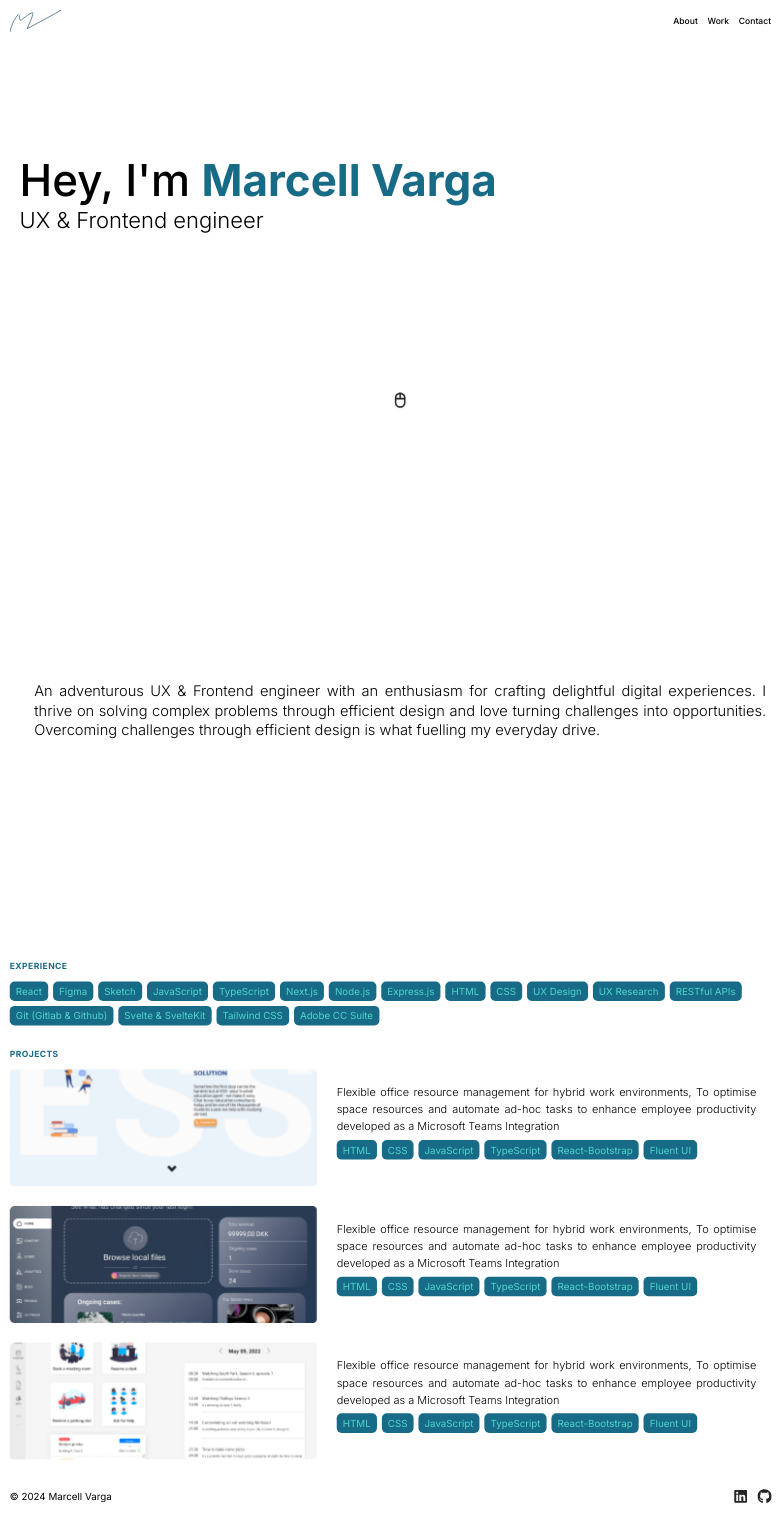
Repository: TheMarcellVarga/personal-portfolio-v.2
Page: /
The author's editor kept a copy of each file at every save. The page is drawn from the files as they stood at one save, then again after a run of saves.
The browser window is 1280 px wide. The pictures show the whole page, at 61% of full size.
The project was rebuilt for these pictures with package versions that can differ from the ones it lists, and the page was loaded fresh each time. The framework's server and built-in components were replaced by stand-ins that run in the browser. Also part of the build but not shown: next.config.mjs.

Above is the page before, as saved 2024-04-25 01:04:39.

### app/layout.tsx
import type { Metadata } from "next";
import { Inter } from "next/font/google";
import "./globals.css";

const inter = Inter({ subsets: ["latin"] });

export const metadata: Metadata = {
  title: {
    template: "%s | Marcell Varga",
    default: "Marcell Varga",
  },
  description: "Marcell Varga Portfolio | UX & Frontend Engineer",
};
export default function RootLayout({
  children,
}: Readonly<{
  children: React.ReactNode;
}>) {
  return (
    <html lang="en">
      <body className={inter.className}>{children}</body>
    </html>
  );
}

### app/page.tsx
"use client";

import { useState } from "react";
import Link from "next/link";
import Image from "next/image";
import IndexSigAnimated from "../public/icons/indexSigAnimated";

// Header component
const Header = () => {
  const [isOpen, setIsOpen] = useState(false);

  return (
    <header className="flex justify-between items-center w-full">
      <div className="flex items-center">
        {/* Icon */}
        <Link href="/">
          <IndexSigAnimated />
        </Link>
      </div>
      <nav className="flex items-center">
        {/* Hamburger Menu */}
        <div
          className={`md:hidden z-2 ${isOpen ? "open" : ""}`}
          onClick={() => setIsOpen(!isOpen)}
        >
          <div className="w-6 h-0.5 bg-gray-800 mb-1"></div>
          <div className="w-6 h-0.5 bg-gray-800 mb-1"></div>
          <div className="w-6 h-0.5 bg-gray-800"></div>
        </div>
        {/* Navigation Links */}
        <div className={`nav-overlay ${isOpen ? "open" : ""}`}>
          <div className={`${isOpen ? "block" : "hidden"} md:flex space-x-4`}>
            <Link href="/about">
              <div
                className="text-sm font-medium"
                style={{ color: isOpen ? "#eeeeee" : "inherit" }}
              >
                About
              </div>
            </Link>
            <Link href="/work">
              <div
                className="text-sm font-medium"
                style={{ color: isOpen ? "#eeeeee" : "inherit" }}
              >
                Work
              </div>
            </Link>
            <Link href="/contact">
              <div
                className="text-sm font-medium"
                style={{ color: isOpen ? "#eeeeee" : "inherit" }}
              >
                Contact
              </div>
            </Link>
          </div>
        </div>
        <div className={`${isOpen ? "hidden" : "block"}`}>
          <div className={`${isOpen ? "block" : "hidden"} md:flex space-x-4`}>
            <Link href="/about">
              <div
                className="text-sm font-medium"
                style={{ color: isOpen ? "#eeeeee" : "inherit" }}
              >
                About
              </div>
            </Link>
            <Link href="/work">
              <div
                className="text-sm font-medium"
                style={{ color: isOpen ? "#eeeeee" : "inherit" }}
              >
                Work
              </div>
            </Link>
            <Link href="/contact">
              <div
                className="text-sm font-medium"
                style={{ color: isOpen ? "#eeeeee" : "inherit" }}
              >
                Contact
              </div>
            </Link>
          </div>
        </div>
      </nav>
    </header>
  );
};

// Footer component
const Footer = () => {
  return (
    <div className="flex w-full flex-row justify-between items-center">
      <div className="flex w-full">© 2024 Marcell Varga</div>
      <div className="flex space-x-4">
        <Image
          src="/icons/linkedin.svg"
          alt="Linkedin Icon"
          width={24}
          height={24}
        />
        <Image
          src="/icons/github.svg"
          alt="GitHub Icon"
          width={24}
          height={24}
        />
      </div>
    </div>
  );
};

const projects = [
  {
    title:
      "Flexible office resource management for hybrid work environments, To optimise space resources and automate ad-hoc tasks to enhance employee productivity developed as a Microsoft Teams Integration",
    description: "",
    skills: [
      "HTML",
      "CSS",
      "JavaScript",
      "TypeScript",
      "React-Bootstrap",
      "Fluent UI",
    ],
    link: "/", // Example link to the project details page
    image: "/images/ess-index.png", // Add the path to the image
  },
  {
    title:
      "Flexible office resource management for hybrid work environments, To optimise space resources and automate ad-hoc tasks to enhance employee productivity developed as a Microsoft Teams Integration",
    description: "",
    skills: [
      "HTML",
      "CSS",
      "JavaScript",
      "TypeScript",
      "React-Bootstrap",
      "Fluent UI",
    ],
    link: "/", // Example link to the project details page
    image: "/images/catchscan-index.png", // Add the path to the image
  },
  {
    title:
      "Flexible office resource management for hybrid work environments, To optimise space resources and automate ad-hoc tasks to enhance employee productivity developed as a Microsoft Teams Integration",
    description: "",
    skills: [
      "HTML",
      "CSS",
      "JavaScript",
      "TypeScript",
      "React-Bootstrap",
      "Fluent UI",
    ],
    link: "/", // Example link to the project details page
    image: "/images/askcody-index.png", // Add the path to the image
  },
  // Add more projects here
];

export default function Page() {
  return (
    <div className="m-4">
      <Header />
      <main className="flex flex-col items-center justify-between h-screen m-4 gap-1 w-full">
        <div className="flex-grow pb-12 w-full flex flex-col items-center justify-center gap-">
          <div className="flex flex-row w-full text-7xl font-medium items-center justify-start">
            Hey, I'm&nbsp;
            <span className="text-custom-blue font-bold">Marcell Varga</span>
          </div>
          <div className="flex w-full text-4xl font-light items-center justify-start my-2">
            UX & Frontend engineer
          </div>
        </div>
        <div className="pb-32 flex flex-col items-center justify-start">
          <Image
            className="animate-moveDown"
            src="/icons/mouseScroll.svg"
            alt="Scroll your mouse down Icon"
            width={30}
            height={30}
          />
        </div>
      </main>
      {/* Drive Section */}
      <section className="flex flex-col items-center justify-between h-screen m-4 gap-1 w-full">
        <div className="flex w-full h-screen text-5xl font-medium items-center justify-start">
          <h2 className="text-2xl font-light text-justify m-6">
            An adventurous UX & Frontend engineer with an enthusiasm for
            crafting delightful digital experiences. I thrive on solving complex
            problems through efficient design and love turning challenges into
            opportunities. Overcoming challenges through efficient design is
            what fuelling my everyday drive.
          </h2>
        </div>
      </section>
      <section className="flex flex-col items-center justify-between my-4 gap-1 w-full">
        {/* New Experience Section */}
        <article className="mt-8 w-full">
          <h2 className="text-custom-blue text-sm font-bold mb-4 tracking-wider uppercase">
            Experience
          </h2>
          <div className="flex flex-wrap gap-2">
            {[
              "React",
              "Figma",
              "Sketch",
              "JavaScript",
              "TypeScript",
              "Next.js",
              "Node.js",
              "Express.js",
              "HTML",
              "CSS",
              "UX Design",
              "UX Research",
              "RESTful APIs",
              "Git (Gitlab & Github)",
              "Svelte & SvelteKit",
              "Tailwind CSS",
              "Adobe CC Suite",
            ].map((skill) => (
              <div
                key={skill}
                className="bg-custom-blue text-custom-teal px-2.5 py-1 rounded-lg"
              >
                {skill}
              </div>
            ))}
          </div>
        </article>
        <article className="my-8 w-full">
          <h2 className="text-custom-blue text-sm font-bold mb-4 tracking-wider uppercase">
            Projects
          </h2>
          <div className="flex flex-col gap-8">
            {projects.map((project) => (
              <div key={project.title} className="flex gap-2">
                <div className="w-full h-full relative rounded-lg overflow-hidden y-5">
                  <div className="bg-pink-100 h-48">
                    <Image
                      src={project.image} // Use the image path from the project object
                      alt={project.title} // Use the project title as the alt text
                      layout="fill" // Make the image fill its container
                      objectFit="cover" // Adjust the image's aspect ratio to cover the container
                    />
                  </div>
                </div>
                <div className="flex flex-col m-6 gap-2">
                  <Link
                    href={project.link}
                    className="text-lg font-light text-justify"
                  >
                    <div>{project.title}</div>
                    <div>{project.description}</div>
                  </Link>
                  <div className="flex flex-wrap gap-2">
                    {project.skills.map((skill) => (
                      <div
                        key={skill}
                        className="bg-custom-blue text-custom-teal px-2.5 py-1 rounded-lg"
                      >
                        {skill}
                      </div>
                    ))}
                  </div>
                </div>
              </div>
            ))}
          </div>
        </article>
      </section>
      <Footer />
    </div>
  );
}

### app/globals.css
@tailwind base;
@tailwind components;
@tailwind utilities;

/* :root {
  --foreground-rgb: 0, 0, 0;
  --background-start-rgb: 214, 219, 220;
  --background-end-rgb: 255, 255, 255;
}

@media (prefers-color-scheme: dark) {
  :root {
    --foreground-rgb: 255, 255, 255;
    --background-start-rgb: 0, 0, 0;
    --background-end-rgb: 0, 0, 0;
  }
}

body {
  color: rgb(var(--foreground-rgb));
  background: linear-gradient(
      to bottom,
      transparent,
      rgb(var(--background-end-rgb))
    )
    rgb(var(--background-start-rgb));
}

@layer utilities {
  .text-balance {
    text-wrap: balance;
  }
} */

@-webkit-keyframes animate-svg-stroke-1 {
  0% {
    stroke-dashoffset: 210.06117248535156px;
    stroke-dasharray: 210.06117248535156px;
  }

  100% {
    stroke-dashoffset: 420.1223449707031px;
    stroke-dasharray: 210.06117248535156px;
  }
}

@keyframes animate-svg-stroke-1 {
  0% {
    stroke-dashoffset: 210.06117248535156px;
    stroke-dasharray: 210.06117248535156px;
  }

  100% {
    stroke-dashoffset: 420.1223449707031px;
    stroke-dasharray: 210.06117248535156px;
  }
}

.svg-elem-1 {
  -webkit-animation: animate-svg-stroke-1 1s ease-in-out 1s both;
  animation: animate-svg-stroke-1 1s ease-in-out 1s both;
}

@-webkit-keyframes animate-svg-stroke-2 {
  0% {
    stroke-dashoffset: 798.271240234375px;
    stroke-dasharray: 798.271240234375px;
  }

  100% {
    stroke-dashoffset: 1596.54248046875px;
    stroke-dasharray: 798.271240234375px;
  }
}

@keyframes animate-svg-stroke-2 {
  0% {
    stroke-dashoffset: 798.271240234375px;
    stroke-dasharray: 798.271240234375px;
  }

  100% {
    stroke-dashoffset: 1596.54248046875px;
    stroke-dasharray: 798.271240234375px;
  }
}

.svg-elem-2 {
  -webkit-animation: animate-svg-stroke-2 1s ease-in-out 1.12s both;
  animation: animate-svg-stroke-2 1s ease-in-out 1.12s both;
}

@-webkit-keyframes animate-svg-stroke-3 {
  0% {
    stroke-dashoffset: 2px;
    stroke-dasharray: 2px;
  }

  100% {
    stroke-dashoffset: 4px;
    stroke-dasharray: 2px;
  }
}

@keyframes animate-svg-stroke-3 {
  0% {
    stroke-dashoffset: 2px;
    stroke-dasharray: 2px;
  }

  100% {
    stroke-dashoffset: 4px;
    stroke-dasharray: 2px;
  }
}

.svg-elem-3 {
  -webkit-animation: animate-svg-stroke-3 1s ease-in-out 1.24s both;
  animation: animate-svg-stroke-3 1s ease-in-out 1.24s both;
}

/* CSS for the overlay */
.nav-overlay {
  position: fixed;
  top: 0;
  right: 0;
  width: 80%; /* Adjust the width as needed */
  height: 100%;
  background-color: rgba(23, 107, 135, 1); /* Semi-transparent background */
  transform: translateX(100%); /* Hidden off-screen to the right */
  transition: transform 0.3s ease-out; /* Smooth transition */
  display: flex;
  flex-direction: column;
  justify-content: center;
  align-items: center;
  padding: 2rem;
  z-index: 2; /* Ensure it's above other content */
}

.nav-overlay.open {
  transform: translateX(0); /* Slide in from the right */
}

/* Hamburger menu with increased z-index when open */
.md\:hidden {
  cursor: pointer;
  z-index: 2; /* Default z-index */
}

.md\:hidden.open {
  z-index: 5; /* Increased z-index when open */
}

/* Hamburger menu lines */
.md\:hidden > div {
  transition: all 0.3s ease;
}

/* Top line of the hamburger menu */
.md\:hidden > div:nth-child(1) {
  transform-origin: center;
}

/* Middle line of the hamburger menu */
.md\:hidden > div:nth-child(2) {
  transform-origin: center;
}

/* Bottom line of the hamburger menu */
.md\:hidden > div:nth-child(3) {
  transform-origin: center;
}

/* Animation for the hamburger menu to become a cross */
.md\:hidden.open > div:nth-child(1) {
  transform: rotate(45deg);
}

.md\:hidden.open > div:nth-child(2) {
  opacity: 0;
}

.md\:hidden.open > div:nth-child(3) {
  transform: rotate(-45deg);
}

/* Hamburger menu with increased z-index when open */
.md\:hidden {
  cursor: pointer;
  z-index: 2; /* Default z-index */
}

.md\:hidden.open {
  z-index: 5; /* Increased z-index when open */
}

/* CSS for the close button */
.close-btn {
  position: absolute;
  top: 1rem;
  right: 1rem;
  background: none;
  border: none;
  font-size: 1.5rem;
  color: #fff;
  cursor: pointer;
}

@keyframes moveDown {
  0% {
    transform: translateY(0);
  }
  100% {
    transform: translateY(10px); /* Adjust the value as needed */
  }
}

.animate-moveDown {
  animation: moveDown 2s infinite alternate ease-in-out; /* Adjust the duration as needed */
}

### public/icons/indexSigAnimated.tsx
import React from 'react';

const IndexSigIcon: React.FC = () => {
 return (
    <svg className="svg-elem-1" width="85" height="37" viewBox="0 0 85 37" fill="none" xmlns="http://www.w3.org/2000/svg">
      <g clipPath="url(#clip0_18_152)">
        <path d="M0.396973 36.3291C0.396973 36.3291 1.80464 21.811 13.6633 7.89246" stroke="#053B50" strokeLinecap="round" strokeLinejoin="round"/>
        <path d="M84.6029 0.378418C83.4907 1.72562 28.5188 31.0478 28.5188 31.0478C34.2765 18.2493 39.5275 5.38881 37.4414 4.87415C37.3274 4.8523 37.2096 4.85749 37.0982 4.88928C31.574 6.017 19.8186 16.4677 17.715 17.2805C17.665 17.3015 17.6107 17.3113 17.5561 17.3093C16.4821 17.2881 15.8514 13.5856 15.4907 9.68776" stroke="#053B50" strokeLinecap="round" strokeLinejoin="round"/>
      </g>
      <defs>
        <clipPath id="clip0_18_152">
          <rect width="85" height="36.7076" fill="white"/>
        </clipPath>
      </defs>
    </svg>
 );
};

export default IndexSigIcon;

### tailwind.config.ts
import type { Config } from "tailwindcss";

const config: Config = {
  content: [
    "./pages/**/*.{js,ts,jsx,tsx,mdx}",
    "./components/**/*.{js,ts,jsx,tsx,mdx}",
    "./app/**/*.{js,ts,jsx,tsx,mdx}",
  ],
  theme: {
    extend: {
      backgroundImage: {
        "gradient-radial": "radial-gradient(var(--tw-gradient-stops))",
        "gradient-conic":
          "conic-gradient(from 180deg at 50% 50%, var(--tw-gradient-stops))",
      },
      colors: {
        "custom-blue": "#176B87",
        "custom-teal": "#4FD5CC",
      },
    },
  },
  plugins: [],
};

export default config;

After the next 6 saves:
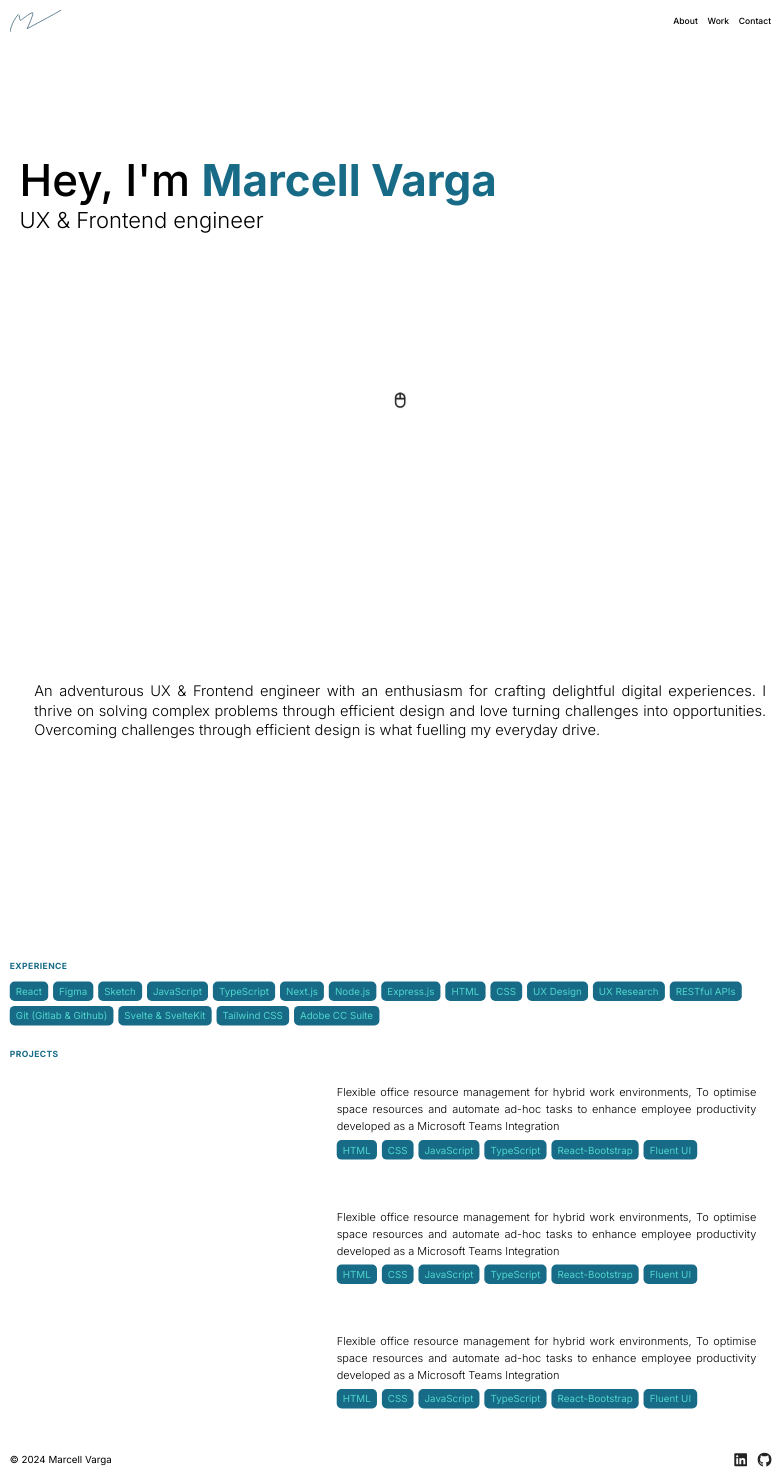
The 6 saves are shown as one change because they came seconds apart.
The last was saved 30 s later.
--- a/app/page.tsx
+++ b/app/page.tsx
@@ -240,7 +240,7 @@
             {projects.map((project) => (
               <div key={project.title} className="flex gap-2">
                 <div className="w-full h-full relative rounded-lg overflow-hidden y-5">
-                  <div className="bg-pink-100 h-48">
+                  <div className="bg-pink-100">
                     <Image
                       src={project.image} // Use the image path from the project object
                       alt={project.title} // Use the project title as the alt text

After the 3 saves that followed:
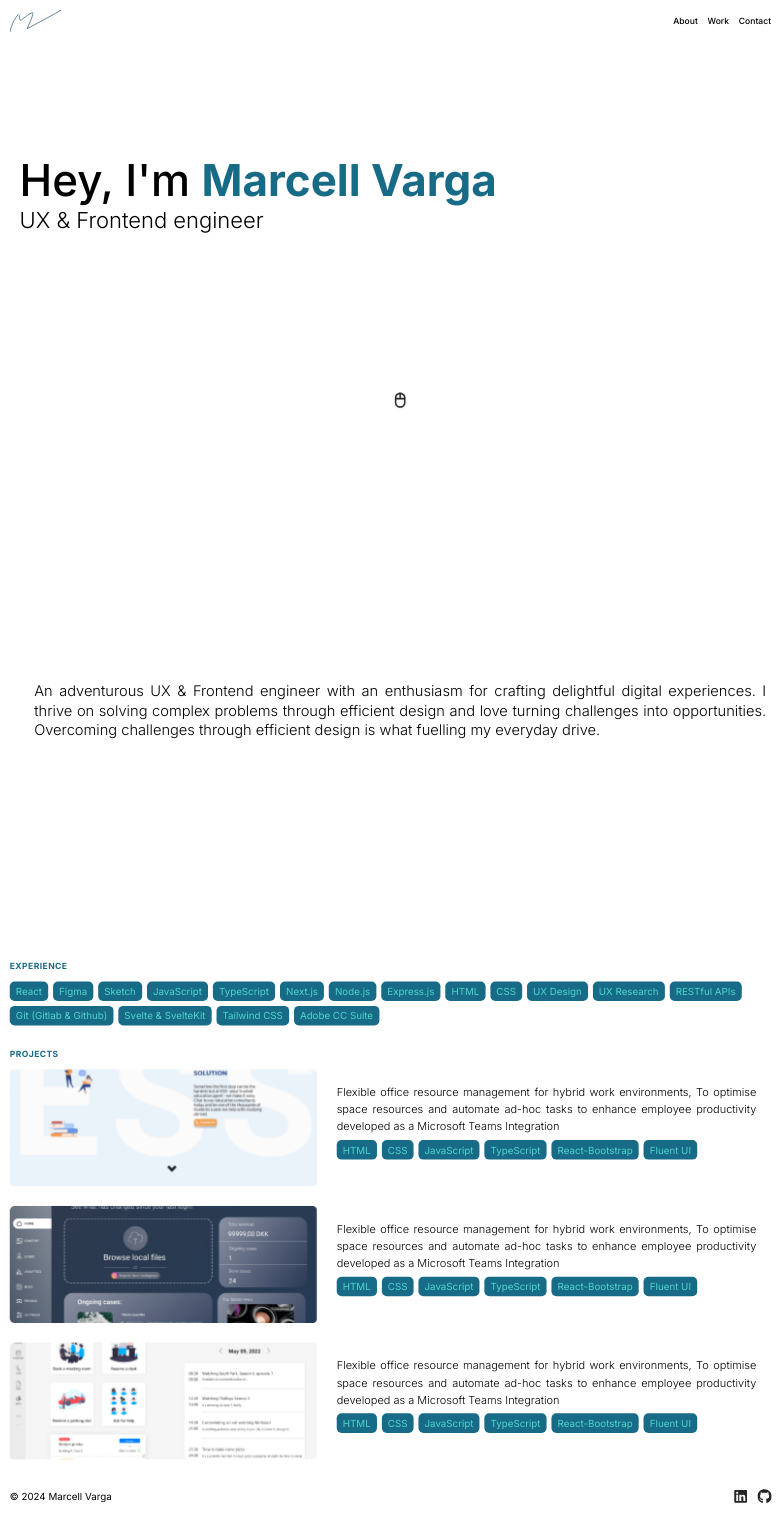
The 3 saves are shown as one change because they came seconds apart.
The last was saved 9 s later.
--- a/app/page.tsx
+++ b/app/page.tsx
@@ -240,7 +240,7 @@
             {projects.map((project) => (
               <div key={project.title} className="flex gap-2">
                 <div className="w-full h-full relative rounded-lg overflow-hidden y-5">
-                  <div className="bg-pink-100">
+                  <div className="bg-pink-100 h-48">
                     <Image
                       src={project.image} // Use the image path from the project object
                       alt={project.title} // Use the project title as the alt text
